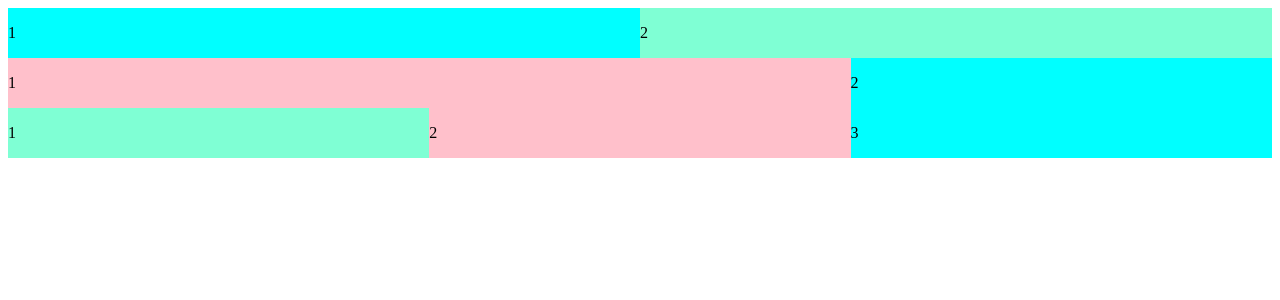
Repository: motiejus1/06-paskaita-invest
Page: dubudai.html
The author's editor kept a copy of each file at every save. The page is drawn from the files as they stood at one save, then again after a run of saves.
The browser window is 1280 px wide. The pictures show the whole page.

Above is the page before, as saved 2021-06-09 20:26:11.

After the next 2 saves:
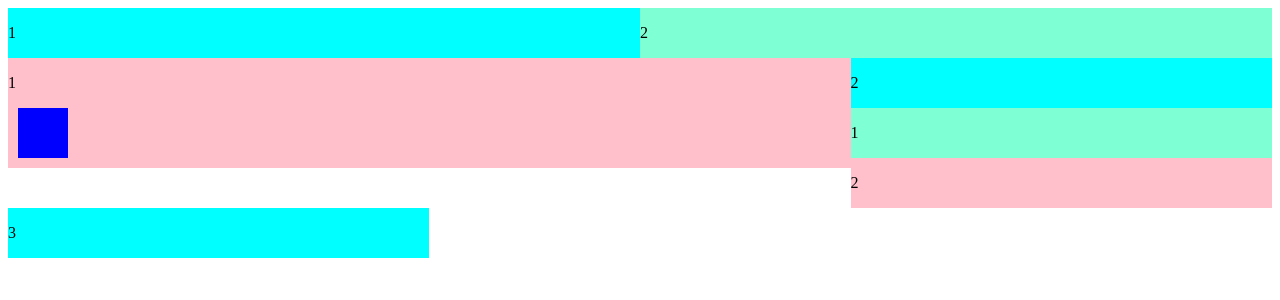
The 2 saves are shown as one change because they came seconds apart.
The last was saved 11 s later.
--- a/dubudai.html
+++ b/dubudai.html
@@ -95,6 +95,7 @@
         <div class="row">
             <div class="col-8 rozine">
                 <p>1</p>
+                <div class="kvadratelis"></div>
             </div>
             <div class="col-4 zydra">
                 <p>2</p>
